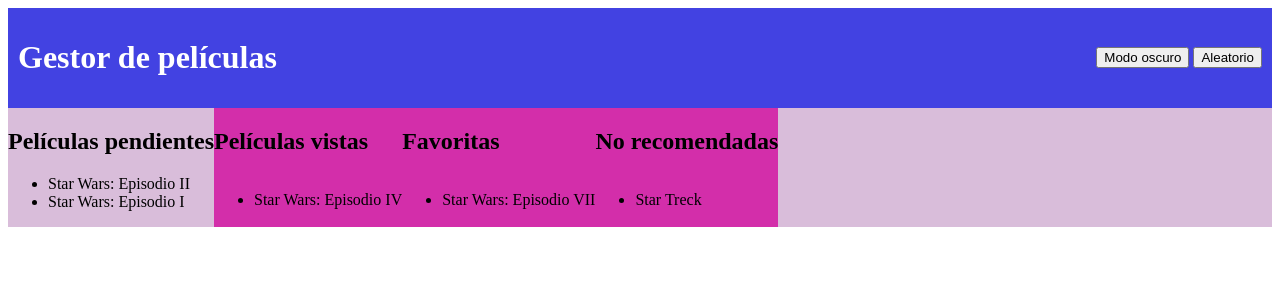
Repository: alvarobarasona/DAW_2
Page: DIW/EXAMEN_SEGUNDA_EV/public/index.html
The author's editor kept a copy of each file at every save. The page is drawn from the files as they stood at one save, then again after a run of saves.
The browser window is 1280 px wide. The pictures show the whole page.
The style sheet was rebuilt from its Sass, Less or Tailwind sources for each picture, by a compiler version that may differ from the author's.

Above is the page before, as saved 2024-03-04 17:18:20.

After the next 2 saves:
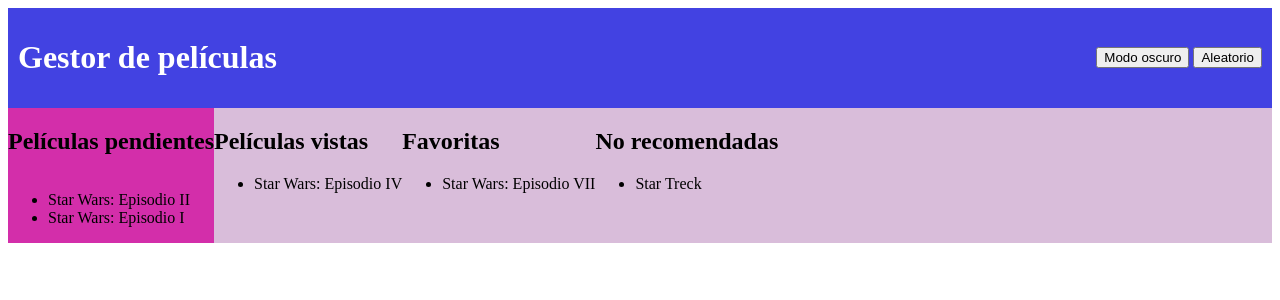
The 2 saves are shown as one change because they came seconds apart.
The last was saved 10 s later.
--- a/DIW/EXAMEN_SEGUNDA_EV/public/scss/style.scss
+++ b/DIW/EXAMEN_SEGUNDA_EV/public/scss/style.scss
@@ -12,6 +12,6 @@ main {
     @include aparience(row, $main_bgc, $movies_font_color);
 }
 
-.movies-column {
+#pendient-movies {
     @include aparience(column, $pendient_movies, $movies_font_color);
 }
